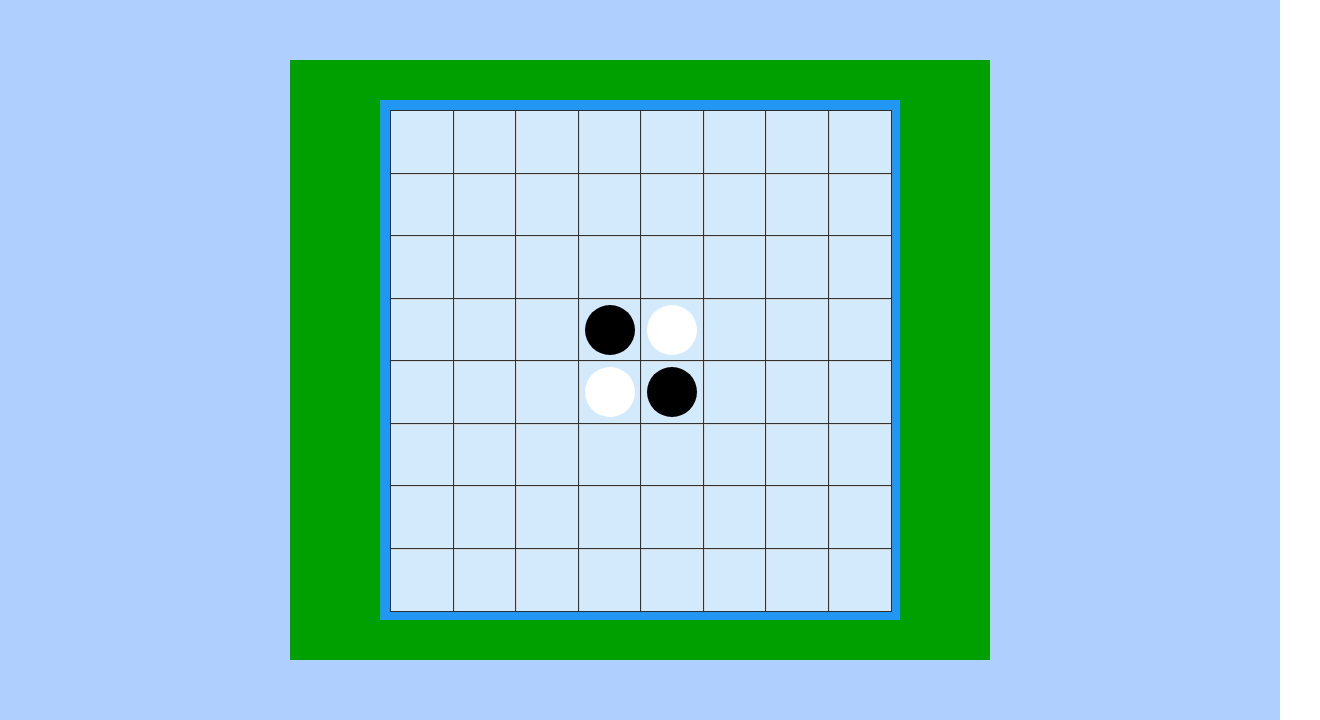
Repository: eliaoucohen72/react-reversi
Page: /
The author's editor kept a copy of each file at every save. The page is drawn from the files as they stood at one save, then again after a run of saves.
The browser window is 1280 px wide. The page is 1280 px wide, then 1320 px, then 1280 px, so the pictures cover 1320 px, including what lies to the right of the window. The pictures show the whole page.
The project was rebuilt for these pictures with package versions that can differ from the ones it lists, and the page was loaded fresh each time. Also part of the build but not shown: vite.config.ts.

Above is the page before, as saved 2024-09-05 16:01:59.

After the next 4 saves:
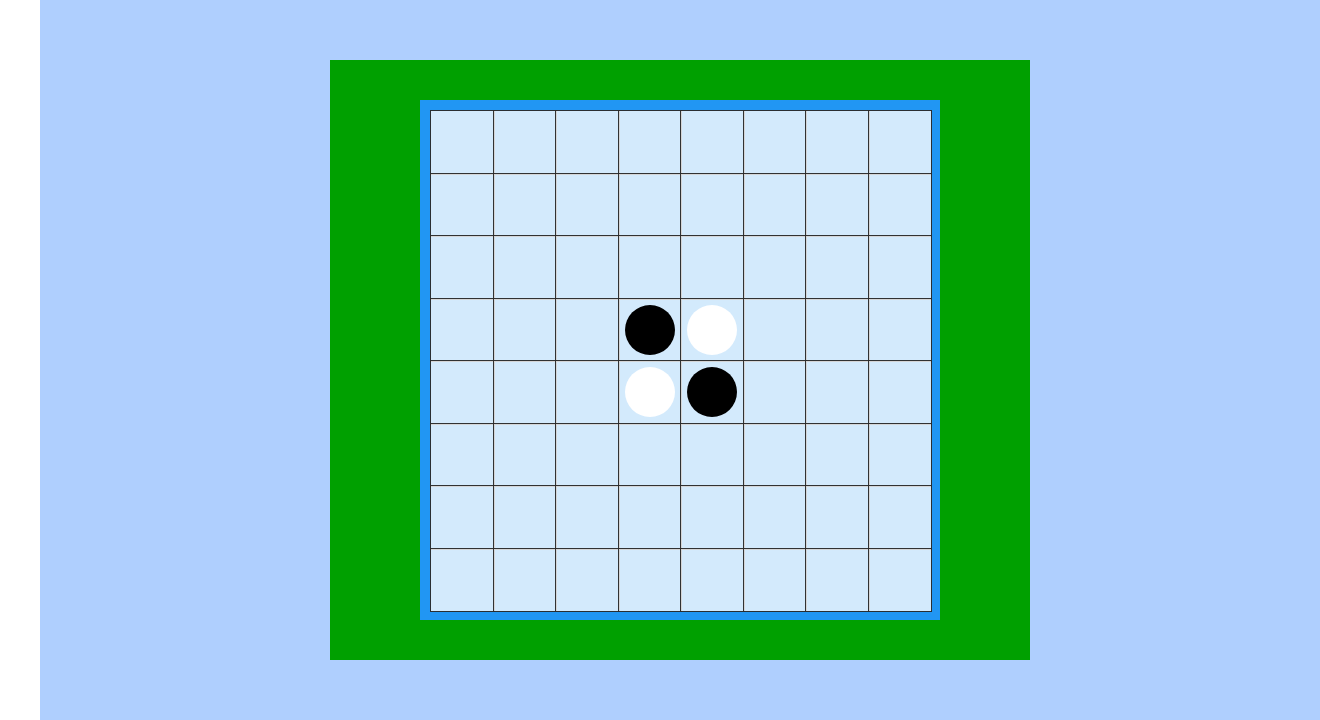
The 4 saves are shown as one change because 1 did not build or start and some came seconds apart.
The last was saved 13 s later.
--- a/src/App.tsx
+++ b/src/App.tsx
@@ -92,9 +92,7 @@
 
   return (
     <div style={{ display: "flex" }}>
-      <div style={{width: ''}}>
-        <div className="black" />
-      </div>
+      <div style={{ width: "40px", height: "40px" }} />
       <div className="wrapper">
         <div className="subWrapper">
           <div className="grid-container">

After the save that followed:
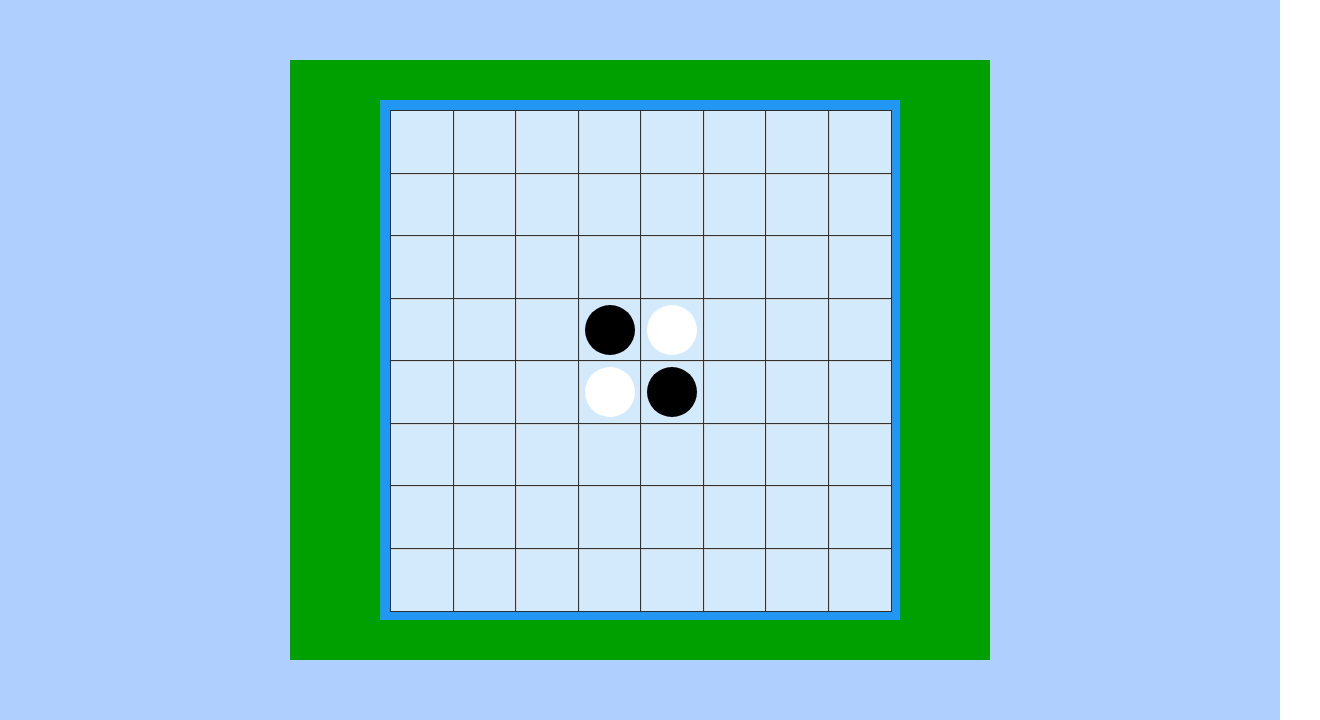
Saved 18 s later.
--- a/src/App.tsx
+++ b/src/App.tsx
@@ -92,8 +92,8 @@
 
   return (
     <div style={{ display: "flex" }}>
+      <div className="wrapper">
       <div style={{ width: "40px", height: "40px" }} />
-      <div className="wrapper">
         <div className="subWrapper">
           <div className="grid-container">
             {board.map((cell, i) => (
